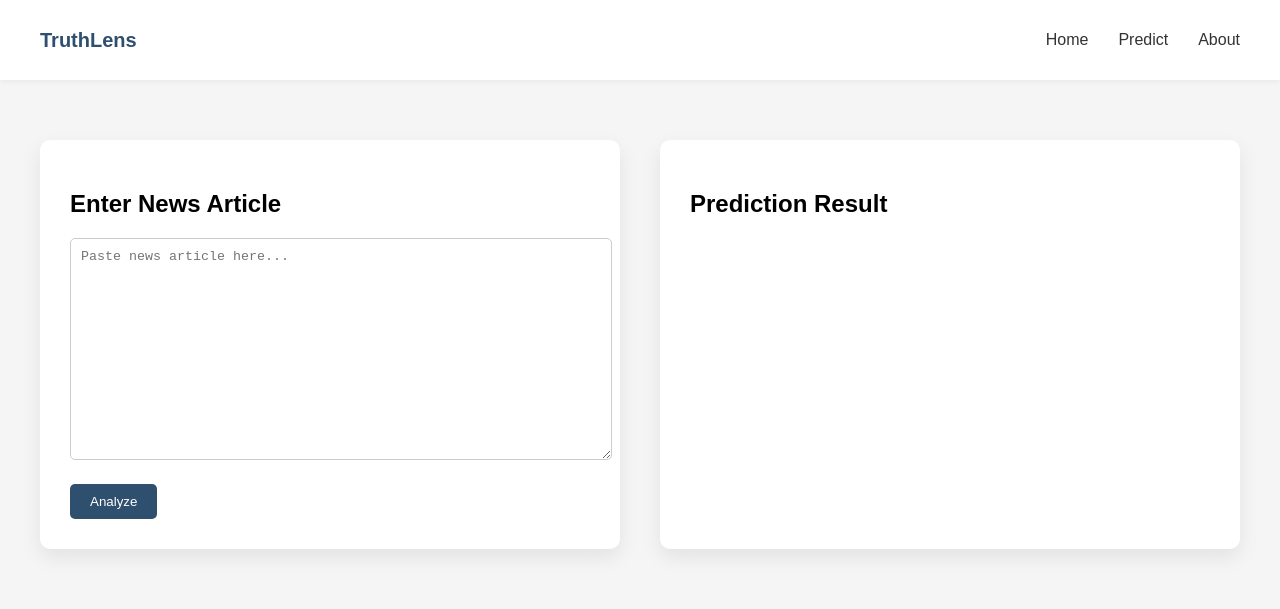
Repository: asadpathan2002-bot/Sprint1
Page: backend/templates/predict.html
An editor plug-in stored every save of this project. The page is shown before and after the next save, followed by the edit.
The browser window is 1280 px wide. The pictures show the whole page.

Above is the page before, as saved 2026-03-03 15:33:15.

After the next save:
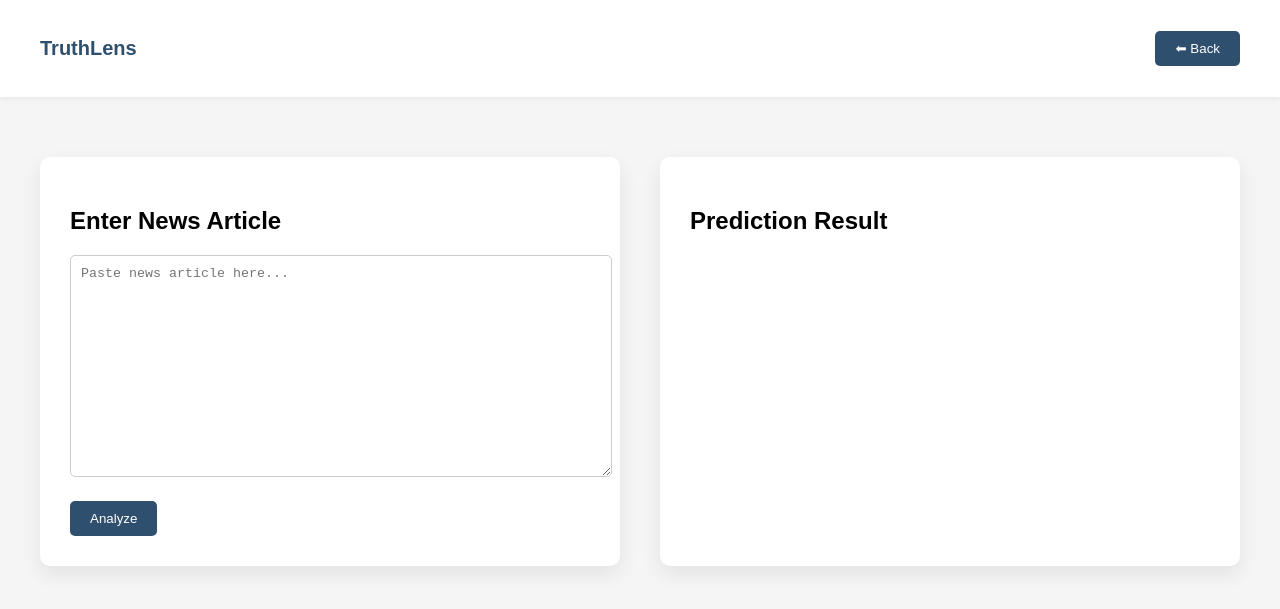
Saved 3 min 37 s later.
--- a/backend/templates/predict.html
+++ b/backend/templates/predict.html
@@ -120,9 +120,9 @@ button:hover {
 <nav class="navbar">
     <div class="logo">TruthLens</div>
     <ul class="nav-links">
-        <li><a href="index.html">Home</a></li>
-        <li><a href="predict.html">Predict</a></li>
-        <li><a href="about.html">About</a></li>
+       <a href="/">
+    <button>⬅ Back</button>
+</a>
     </ul>
 </nav>
 
